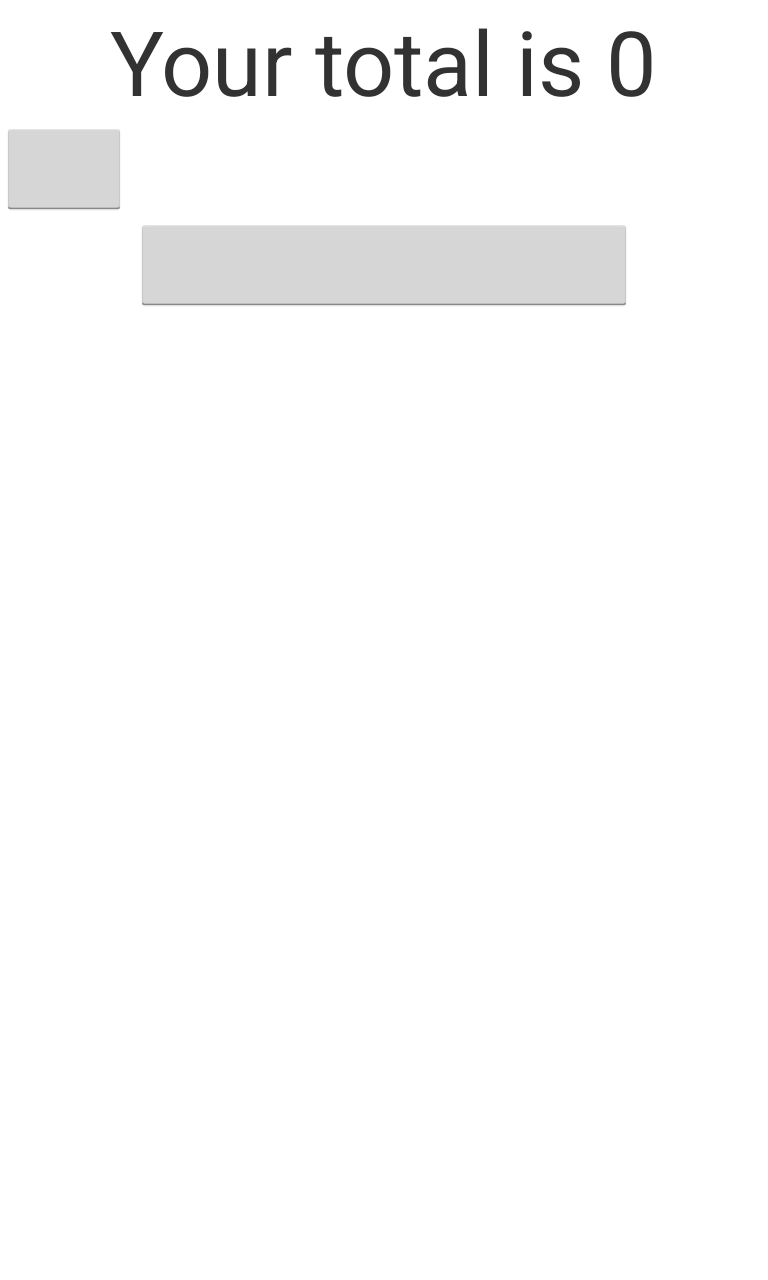
Repository: robadu/workspace
Layout: TheNewBoston/res/layout/activity_main.xml
The author's editor kept a copy of each file at every save. The layout is drawn from the files as they stood at one save, then again after the next save.
It is drawn on a 768 x 1280 px phone screen (xhdpi) without system bars, with theme AppTheme; the app's code is not run.

Above is the layout before, as saved 2013-07-23 09:21:03.

After the next save:
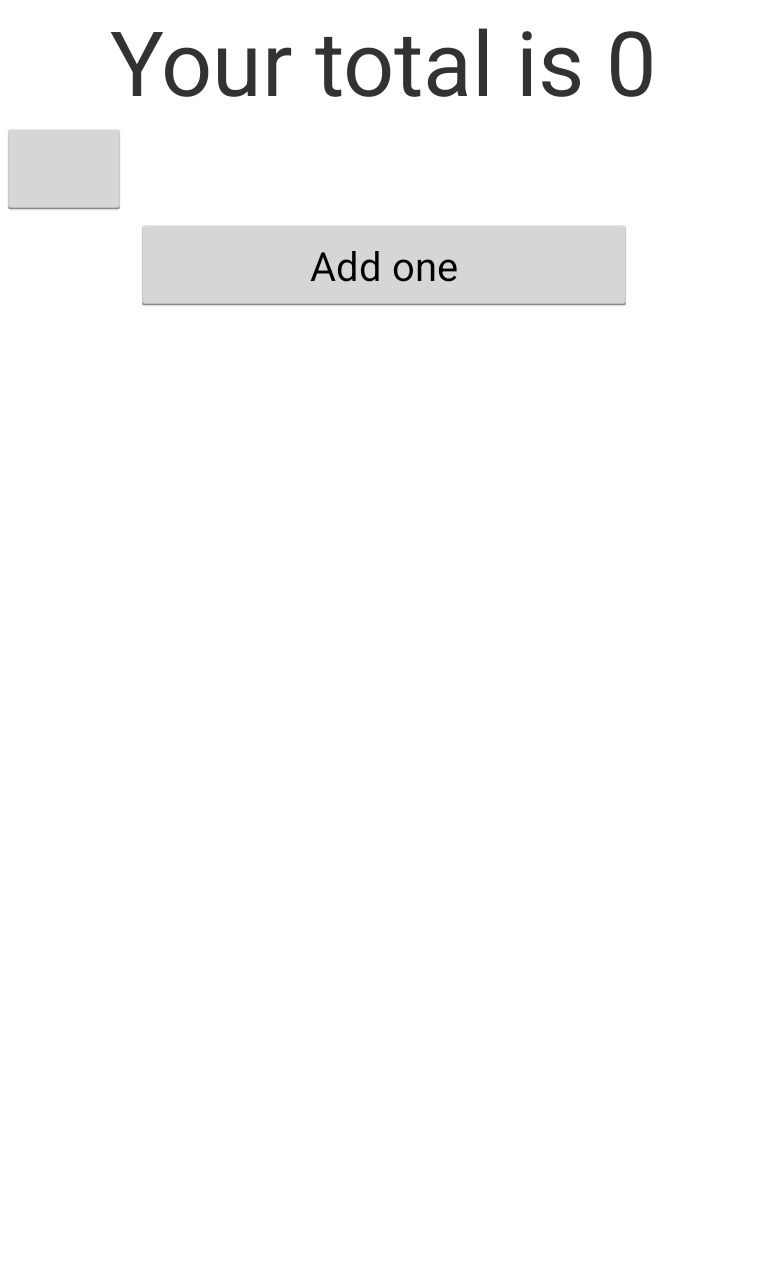
Saved 10 s later.
--- a/TheNewBoston/res/layout/activity_main.xml
+++ b/TheNewBoston/res/layout/activity_main.xml
@@ -27,7 +27,7 @@
     <Button
         android:layout_width="250dp"
         android:layout_height="wrap_content"
-        android:tet="Add one"
+        android:text="Add one"
         android:layout_gravity="center"
         android:textSize="20dp"
 
